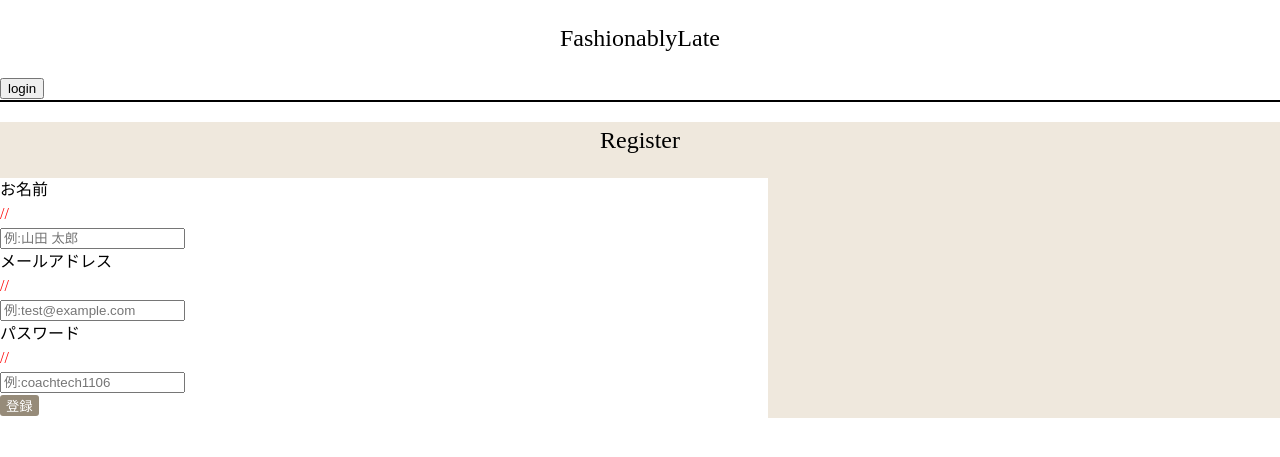
Repository: mayu-ya/test_form
Page: http://localhost/
These files come from the project's save history. The page is drawn as it stood at one moment and after the next save; the edit follows.
The browser window is 1280 px wide. The pictures show the whole page.
The page is served by the project's Laravel application, run on PHP 8.4 with Laravel 8.

Above is the page before, as saved 2026-01-17 14:17:40.

After the next save:
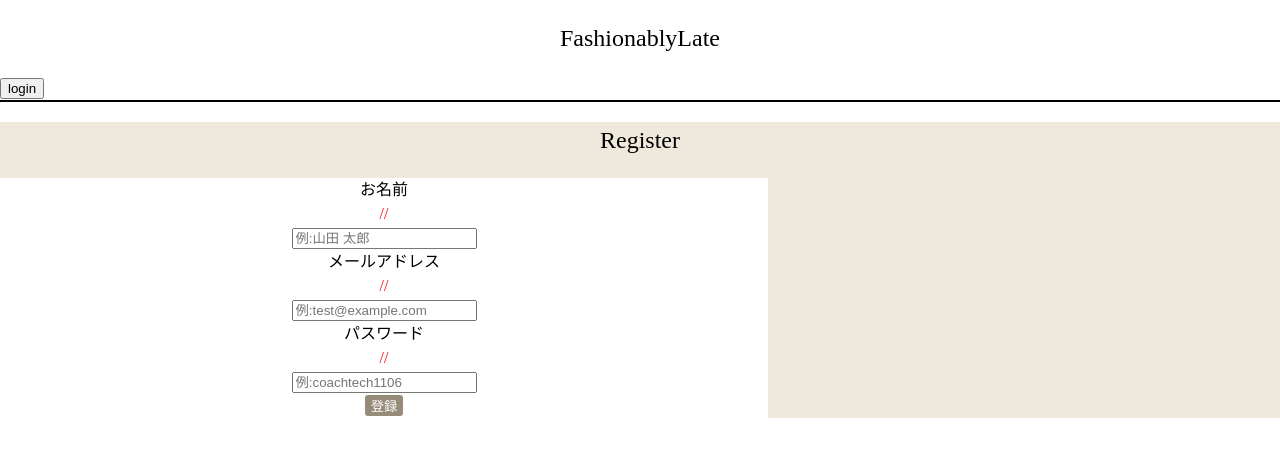
Saved 2 min 38 s later.
--- a/src/public/css/register.css
+++ b/src/public/css/register.css
@@ -18,8 +18,16 @@
     width: 60%;
 }
 
+.form__group {
+    text-align: center;
+}
+
 .form__error {
     color: red;
+}
+
+.form__button {
+    text-align: center;
 }
 
 .form__button-submit {
